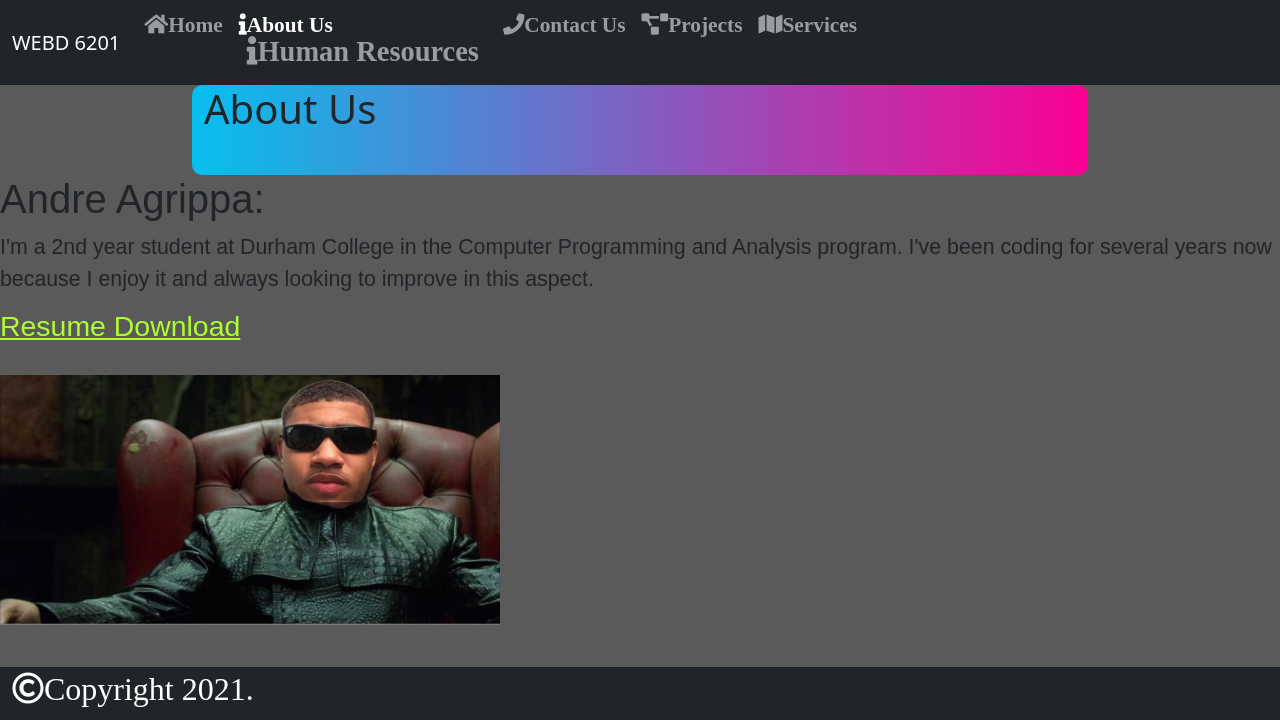
Repository: vans12345678/WEBD6201-W2021-Lab1
Page: about.html
These files come from the project's save history. The page is drawn as it stood at one moment and after the next save; the edit follows.
The browser window is 1280 px wide. The pictures show the whole page.

Above is the page before, as saved 2021-02-02 20:35:06.

After the next save:
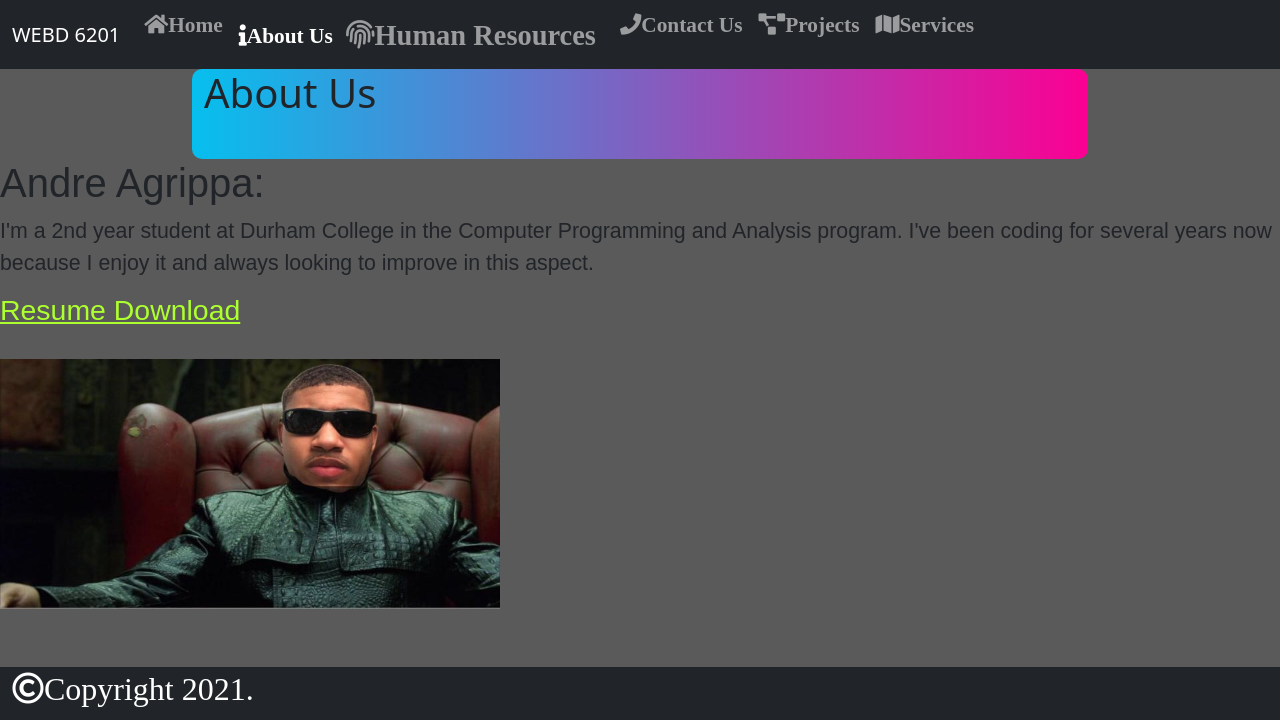
Saved 2 min 0 s later.
--- a/Scripts/app.js
+++ b/Scripts/app.js
@@ -17,10 +17,10 @@
         let navTextElement = document.getElementById("navHome").textContent = "WEBD 6201";
         navTextElement = document.getElementById("navIndex").textContent = "Home";
         navTextElement = document.getElementById("navAbout").textContent = "About Us";
-        navTextElement = document.getElementById("navAbout").innerHTML += `
-        <li class="nav-item">
-            <a  class="nav-link fas fa-info fa-lg" aria-current="page" href="human-resources.html">Human Resources</a>
-        </li>    `;
+        navTextElement = document.getElementById("navAbout").innerHTML += `</li>
+        </li>
+            <a  class="nav-link fas fa-fingerprint fa-lg" aria-current="page" href="human-resources.html">Human Resources</a>
+            `;
         navTextElement = document.getElementById("navContact").textContent = "Contact Us";
         navTextElement = document.getElementById("navProjects").textContent = "Projects";
         navTextElement = document.getElementById("navServices").textContent = "Services";
